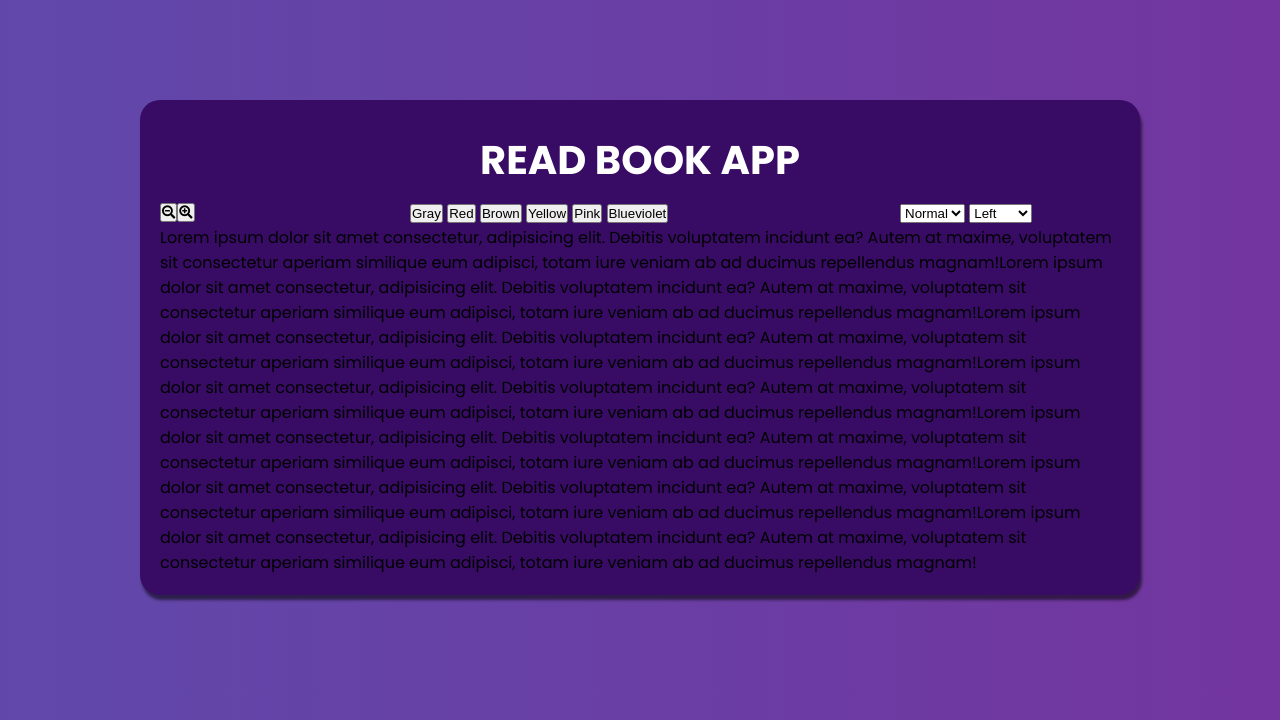
Repository: dinhconglam2306/frontend_tu_xa
Page: b09/02-reading-info/index.html
An editor plug-in stored every save of this project. The page is shown before and after a run of saves, followed by the edit.
The browser window is 1280 px wide. The pictures show the whole page.
Some web libraries are served in a nearby version. The style sheet was rebuilt from its Sass, Less or Tailwind sources for each picture, by a compiler version that may differ from the author's.

Above is the page before, as saved 2021-04-25 06:15:59.

After the next 2 saves:
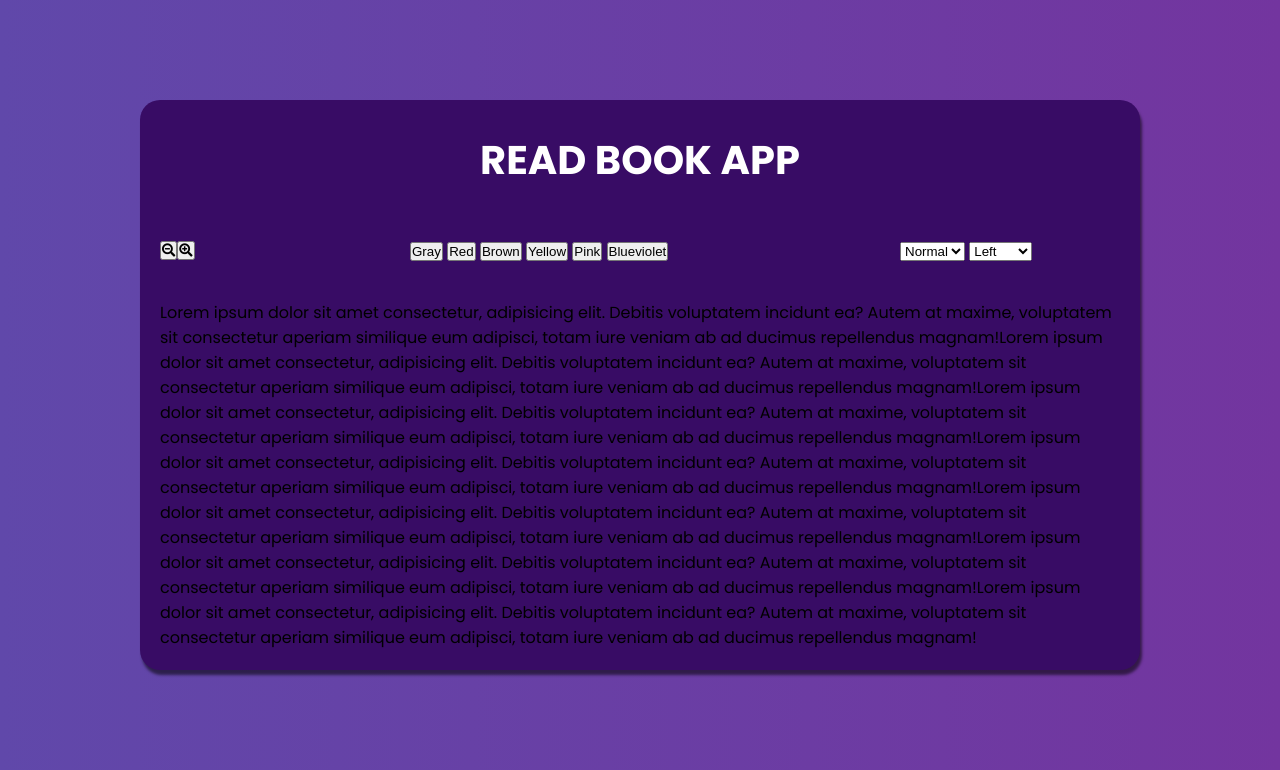
The 2 saves are shown as one change because they came seconds apart.
The last was saved 20 s later.
--- a/b09/02-reading-info/style.scss
+++ b/b09/02-reading-info/style.scss
@@ -61,6 +61,7 @@ img {
     align-items: center;
     justify-content: space-between;
     width: 100%;
+    height: 10rem;
     &-zoom {
       width: calc(25% - 2rem);
       display: flex;
